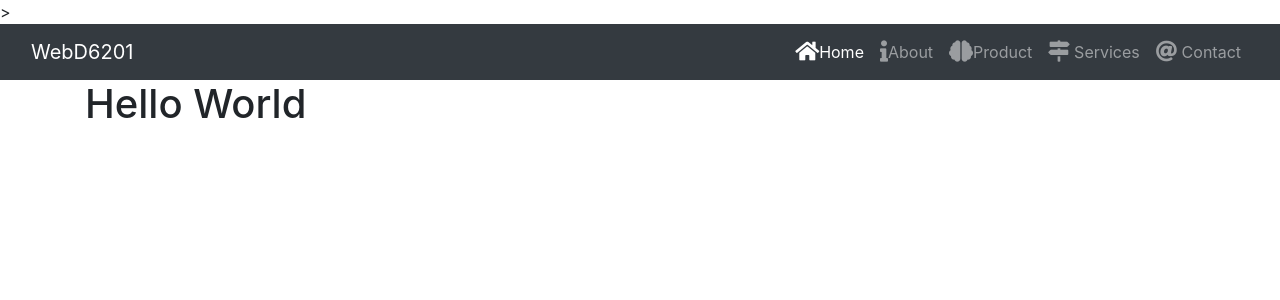
Repository: CKM206/WEBD6201-W2021-Week1
Page: index.html
The author's editor kept a copy of each file at every save. The page is drawn from the files as they stood at one save, then again after the next save.
The browser window is 1280 px wide. The pictures show the whole page.

Above is the page before, as saved 2021-01-14 09:26:49.

### index.html
<!doctype html>
<html lang="en">
    <head>
        <meta charset="UTF-8">
        <meta name="viewport" content="width=device-width, initial-scale=1.0">
        <title>Hello World!</title>>
        <!-- CSS Section -->
        <!-- Inject Bootstrap first, always-->
        <link rel="stylesheet"
             href="./node_modules/bootstrap/dist/css/bootstrap.min.css">
        <!-- Now inject Icon Fonts using Font Awesome-->
        <link rel="stylesheet"
             href="./node_modules/@fortawesome/fontawesome-free/css/all.min.css">
        <!-- Now inject our custom css-->
        <link rel="stylesheet" href="./Content/app.css">
    </head>
    <body>
        <!-- Nav Bar Section -->
        <nav class="navbar navbar-expand-lg navbar-dark bg-dark">
            <div class="container-fluid">
              <a class="navbar-brand" href="#">WebD6201</a>
              <button class="navbar-toggler" type="button" data-bs-toggle="collapse" data-bs-target="#navbarSupportedContent" aria-controls="navbarSupportedContent" aria-expanded="false" aria-label="Toggle navigation">
                <span class="navbar-toggler-icon"></span>
              </button>
              <div class="collapse navbar-collapse" id="navbarSupportedContent">
                <ul class="navbar-nav ml-auto mb-2 mb-lg-0">
                  <li class="nav-item">
                    <a class="nav-link active" aria-current="page" href="#">
                        <i class="fas fa-home fa-lg"></i>Home</a>
                  </li>

                  <li class="nav-item">
                    <a class="nav-link" aria-current="page" href="#">
                        <i class="fas fa-info fa-lg"></i>About</a>
                  </li>

                  <li class="nav-item">
                    <a class="nav-link" aria-current="page" href="#">
                        <i class="fas fa-brain fa-lg"></i>Product</a>
                  </li>

                  <li class="nav-item">
                    <a class="nav-link" aria-current="page" href="#">
                        <i class="fas fa-map-signs fa-lg"></i></i> Services</a>
                  </li>

                  <li class="nav-item">
                    <a class="nav-link" aria-current="page" href="#">
                        <i class="fas fa-at fa-lg"></i> Contact</a>
                  </li>

              </div>
            </div>
          </nav>


        <div class="container">
            <h1>Hello World</h1>
        </div>


        <!-- JavaScript Section-->
        <script src="./node_modules/jquery/dist/jquery.min.js"></script>
        <script src="./node_modules/bootstrap/dist/js/bootstrap.bundle.min.js"></script>
        <script src="./Scripts/app.js"></script>
    </body>
</html>

### Content/app.css
/* Custom Css Goes Here */

### Scripts/app.js
/* Custom Scripts Go Here */

// IIFE - Immediatley Invoked Function Expression
//AKA: Anonymous Self-Executing Function
(function()
{
    function Start()
    {
        console.log("App Started...");

        for (let index = 0; index < 5; index++) {
            console.log(index);

        }

    }

    window.addEventListener("load", Start);

    /*
    window.addEventListener("load", ())
        console.log("App Started...");
    */

})();

Loaded but not shown: node_modules/bootstrap/dist/css/bootstrap.min.css (library); node_modules/@fortawesome/fontawesome-free/css/all.min.css (library); node_modules/jquery/dist/jquery.min.js (library); node_modules/bootstrap/dist/js/bootstrap.bundle.min.js (library)

After the next save:
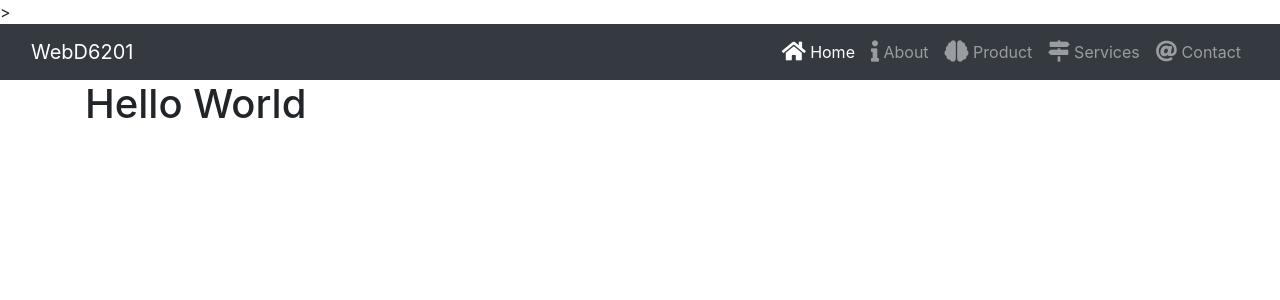
Saved 36 s later.
--- a/index.html
+++ b/index.html
@@ -26,17 +26,17 @@
                 <ul class="navbar-nav ml-auto mb-2 mb-lg-0">
                   <li class="nav-item">
                     <a class="nav-link active" aria-current="page" href="#">
-                        <i class="fas fa-home fa-lg"></i>Home</a>
+                        <i class="fas fa-home fa-lg"></i> Home</a>
                   </li>
 
                   <li class="nav-item">
                     <a class="nav-link" aria-current="page" href="#">
-                        <i class="fas fa-info fa-lg"></i>About</a>
+                        <i class="fas fa-info fa-lg"></i> About</a>
                   </li>
 
                   <li class="nav-item">
                     <a class="nav-link" aria-current="page" href="#">
-                        <i class="fas fa-brain fa-lg"></i>Product</a>
+                        <i class="fas fa-brain fa-lg"></i> Product</a>
                   </li>
 
                   <li class="nav-item">
